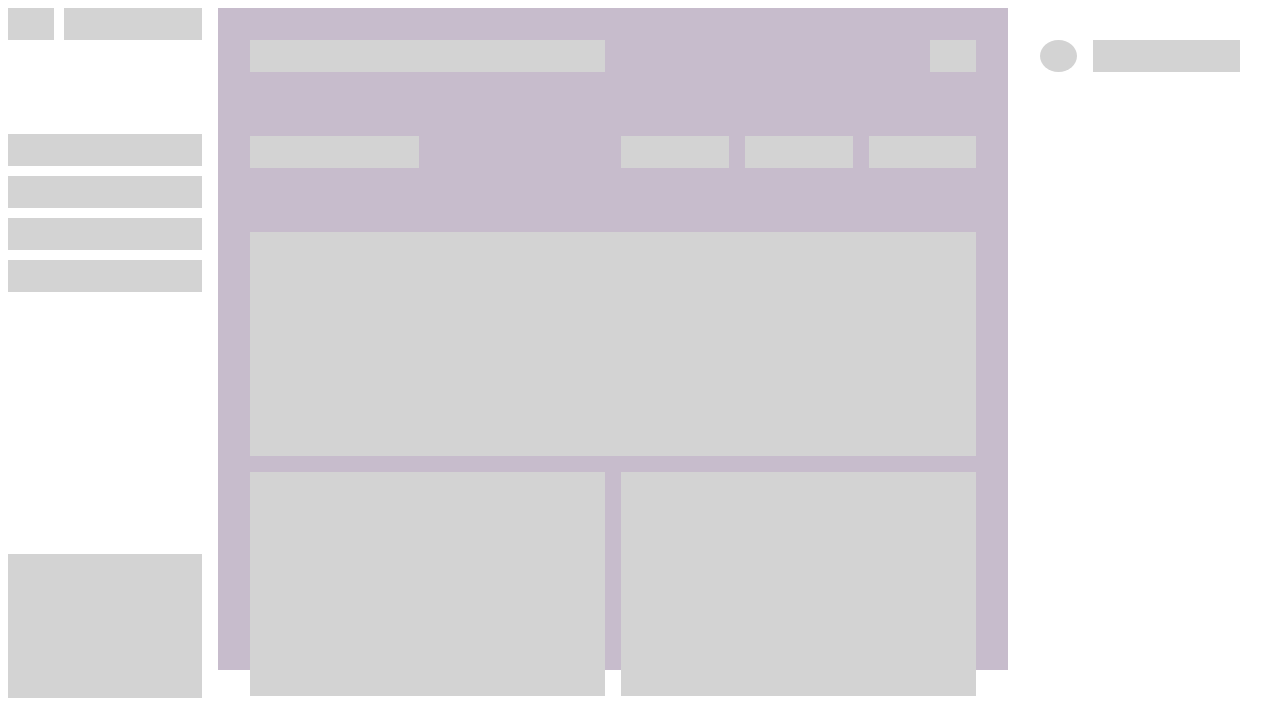
Repository: tr2cky/exercise2
Page: index.html
An editor plug-in stored every save of this project. The page is shown before and after the next save, followed by the edit.
The browser window is 1280 px wide. The pictures show the whole page.

Above is the page before, as saved 2022-10-01 18:46:48.

After the next save:
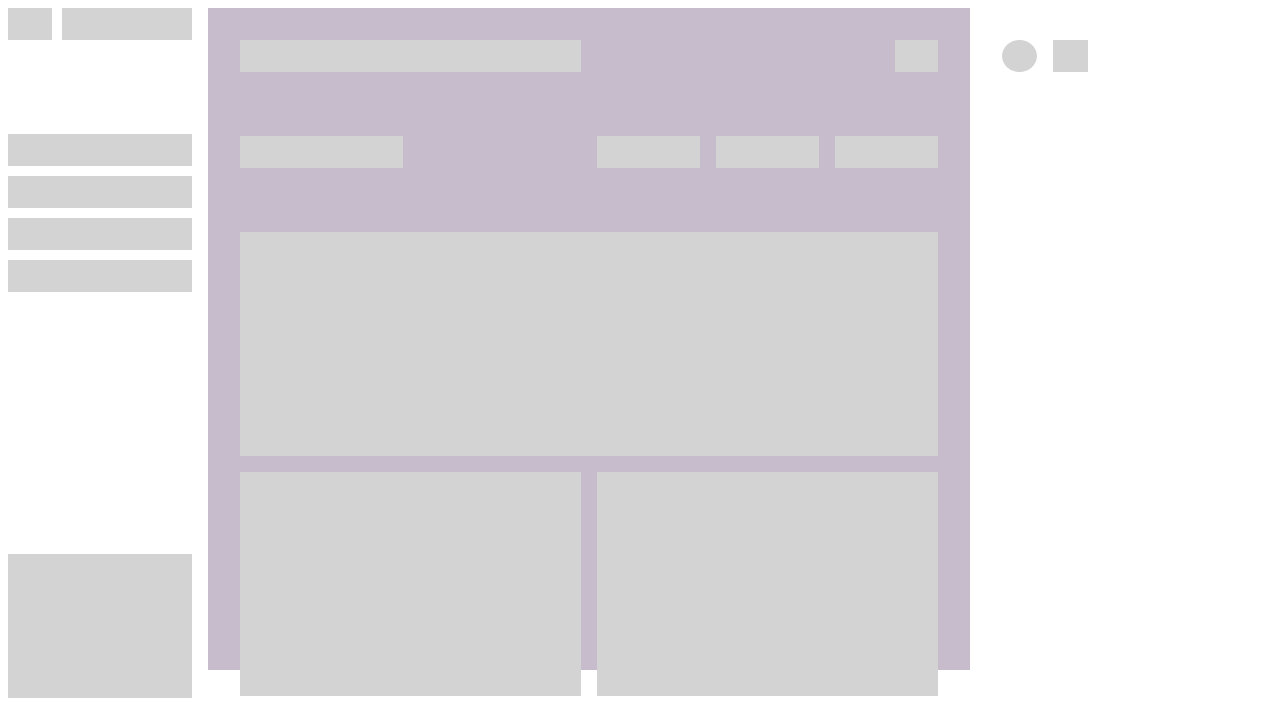
Saved 68 s later.
--- a/style.css
+++ b/style.css
@@ -103,7 +103,7 @@ main div,
 }
 .side2 {
     display: grid;
-    grid-template-columns: 1fr 4fr;
+    grid-template-columns: repeat(5, 1fr);
     grid-gap: 1em;
     grid-auto-rows: 2em;
     padding: 2em;
